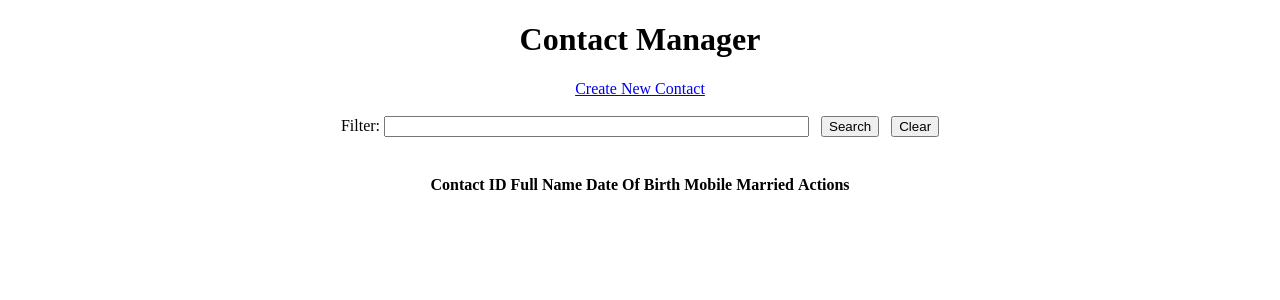
Repository: Amir-Git7861/hibernate1
Page: http://localhost/index
These files come from the project's save history. The page is drawn as it stood at one moment and after the next save; the edit follows.
The browser window is 1280 px wide. The pictures show the whole page.
The page is this project's Thymeleaf template; nobody is signed in. The template is opened directly, without the code that normally fills it, so the values that code supplies are empty.

Above is the page before, as saved 2020-10-13 18:36:02.

### cms-spring-web-data-bootstrap-Thymleaf/src/main/resources/templates/index.html
<!DOCTYPE html>
<html xmlns:th="http://www.thymeleaf.org">
<head>
<meta charset="ISO-8859-1">
<title>CMS</title>
</head>
<body>
 <div align="center">

	<h1>Contact Manager</h1>

	<a href="new">Create New Contact</a>
	<br/><br/>

	<form th:action="@{/}">
		Filter: <input type="text" name="keyword" id="keyword" size="50" th:value="${keyword}" required />
		&nbsp;
		<input type="submit" value="Search" />
		&nbsp;
		<input type="button" value="Clear" id="btnClear" onclick="clearSearch()" />
	</form>
	<br/><br/>

	<table >
		<thead>
			<tr>
				<th>Contact ID</th>
				<th>Full Name</th>
				<th>Date Of Birth</th>
				<th>Mobile</th>
				<th>Married</th>

				<th>Actions</th>
			</tr>
		</thead>
		<tbody>
			<tr th:each="contact : ${listContacts}">
				<td th:text="${contact.contactId}">Contact ID</td>
				<td th:text="${contact.fullName}">Full Name</td>
				<td th:text="${contact.dateOfBirth">DOB</td>
				<td th:text="${contact.mobile}">Mobile</td>
				<td th:text="${contact.married}">Married</td>
				<td>
					<a th:href="@{'/edit/' + ${contact.id}}">Edit</a>
					&nbsp;&nbsp;&nbsp;&nbsp;
					<a th:href="@{'/delete/' + ${contact.id}}">Delete</a>
				</td>
			</tr>
		</tbody>
	</table>
</div>
<script type="text/javascript">
	function clearSearch() {
		window.location = "[[@{/}]]";
	}
</script>
</body>
</html>

After the next save:
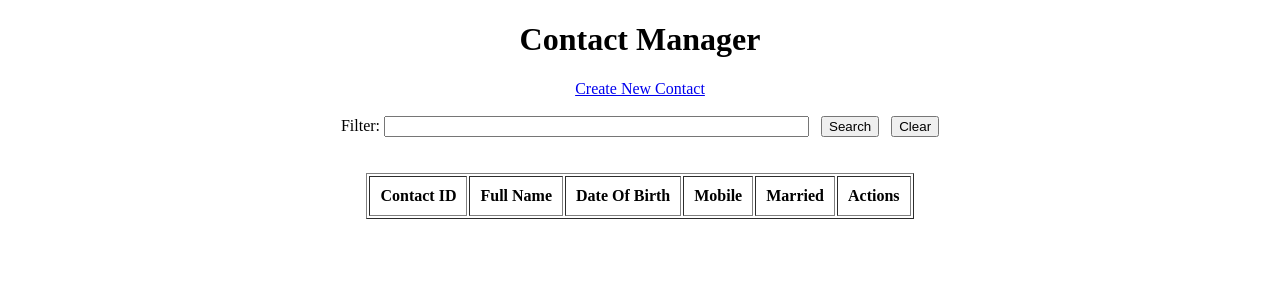
Saved 26 s later.
--- a/cms-spring-web-data-bootstrap-Thymleaf/src/main/resources/templates/index.html
+++ b/cms-spring-web-data-bootstrap-Thymleaf/src/main/resources/templates/index.html
@@ -21,7 +21,7 @@
 	</form>
 	<br/><br/>
 
-	<table >
+	<table border="1" cellpadding="10">
 		<thead>
 			<tr>
 				<th>Contact ID</th>
